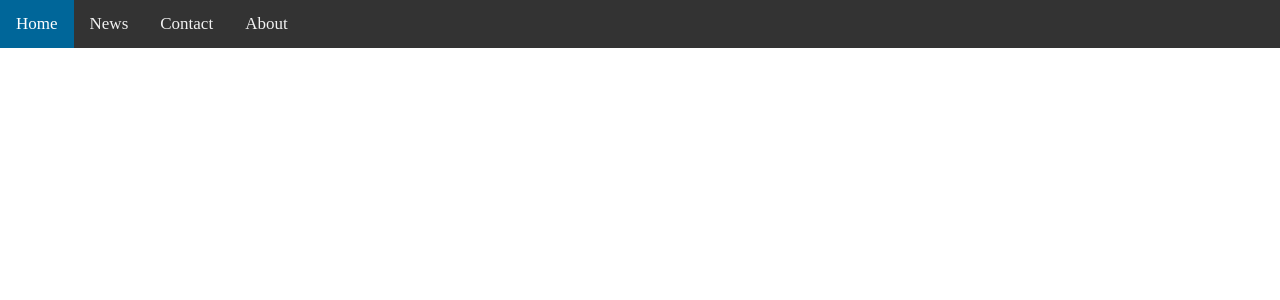
Repository: mcleanka/gym-management-system
Page: index.html
An editor plug-in stored every save of this project. The page is shown before and after the next save, followed by the edit.
The browser window is 1280 px wide. The pictures show the whole page.

Above is the page before, as saved 2022-07-01 16:37:31.

After the next save:
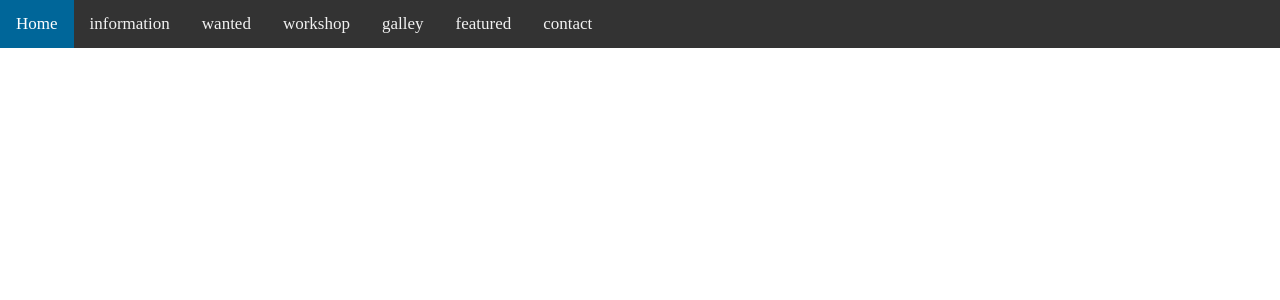
Saved 2 min 14 s later.
--- a/index.html
+++ b/index.html
@@ -16,9 +16,13 @@
 		<div class="wrapper">
 			<div class="topnav" id="myTopnav">
 				<a href="#home" class="active">Home</a>
-				<a href="#news">News</a>
-				<a href="#contact">Contact</a>
-				<a href="#about">About</a>
+				<a href="#information">information</a>
+				<a href="#wanted">wanted</a>
+				<a href="#workshop">workshop</a>
+				<a href="#galley">galley</a>
+				<a href="#featured">featured</a>
+				<a href="#contact">contact</a>
+
 				<a href="javascript:void(0);" class="icon" onclick="myFunction()">
 					<i class="fa fa-bars"></i>
 				</a>
